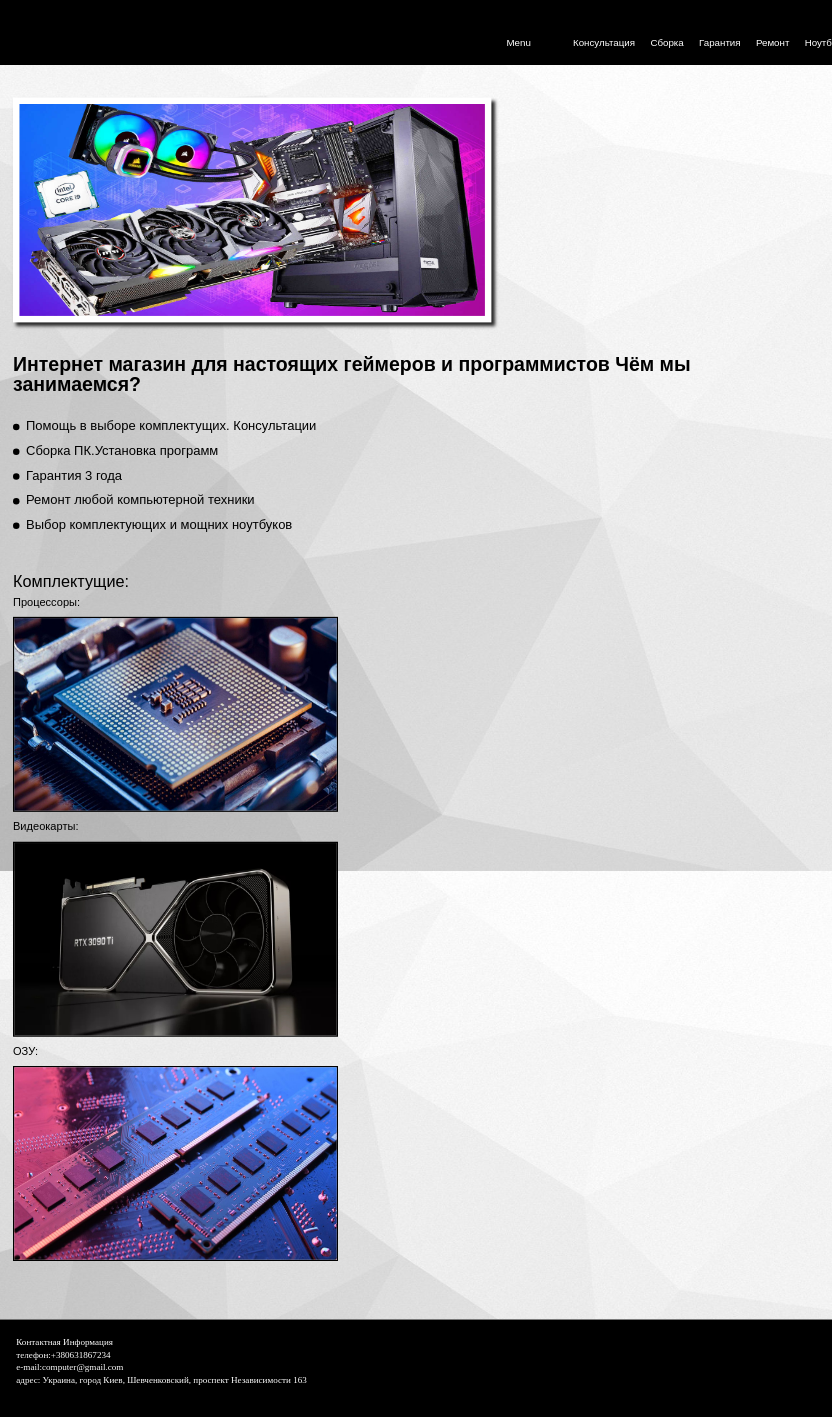
Repository: Bohdan-Sandovenko/First-Project-Flex
Page: index.html
These files come from the project's save history. The page is drawn as it stood at one moment and after the next save; the edit follows.
The browser window is 1280 px wide. The pictures show the whole page, at 65% of full size.
The style sheet was rebuilt from its Sass, Less or Tailwind sources for each picture, by a compiler version that may differ from the author's.

Above is the page before, as saved 2024-07-29 13:14:40.

After the next save:
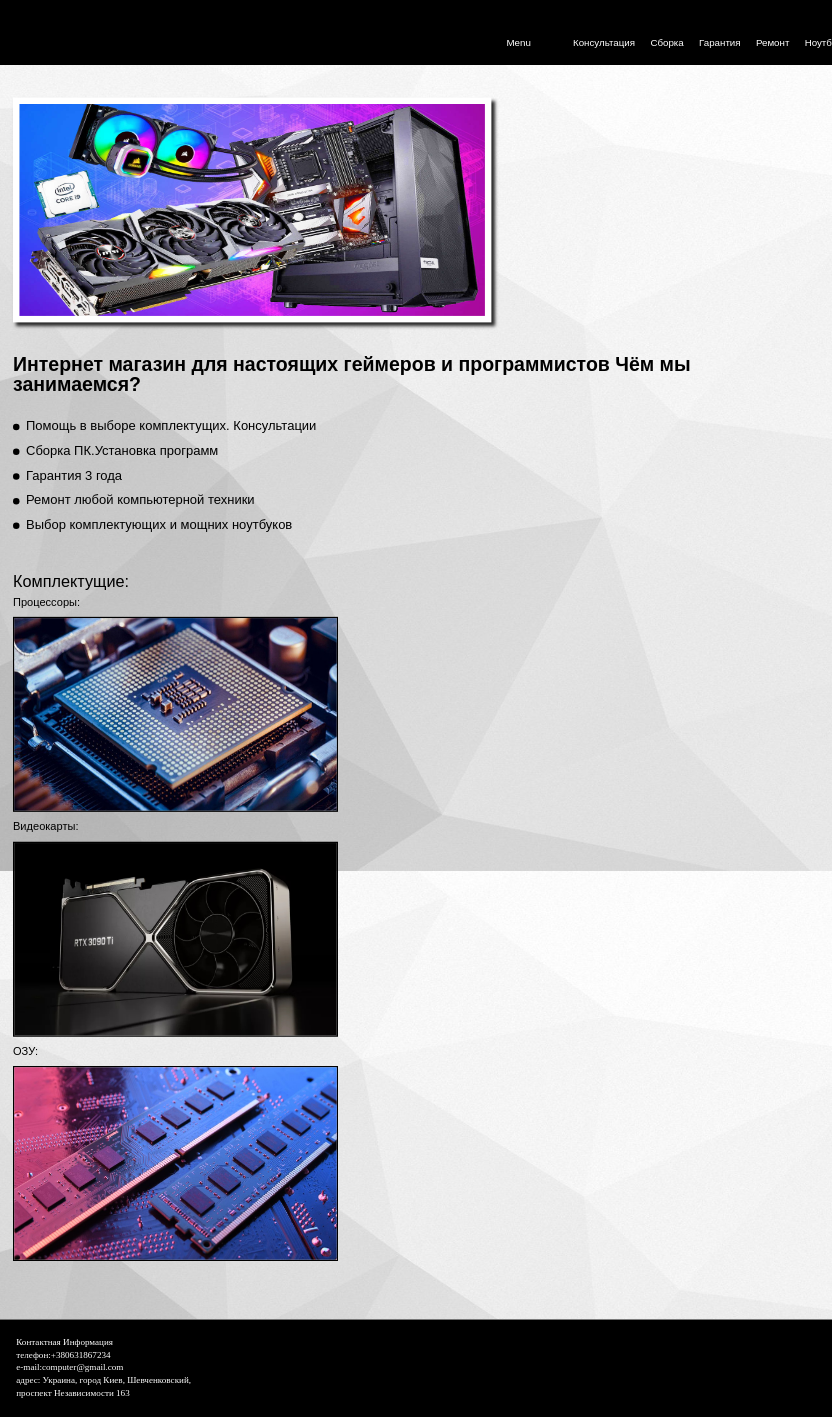
Saved 35 s later.
--- a/index.html
+++ b/index.html
@@ -45,7 +45,7 @@
         Контактная Информация <br>
         телефон:+380631867234 <br>
         e-mail:computer@gmail.com <br>
-        адрес: Украина, город Киев, Шевченковский, проспект Независимости 163
+        адрес: Украина, город Киев, Шевченковский, <br> проспект Независимости 163
     </div>
 </body>
 </html>
